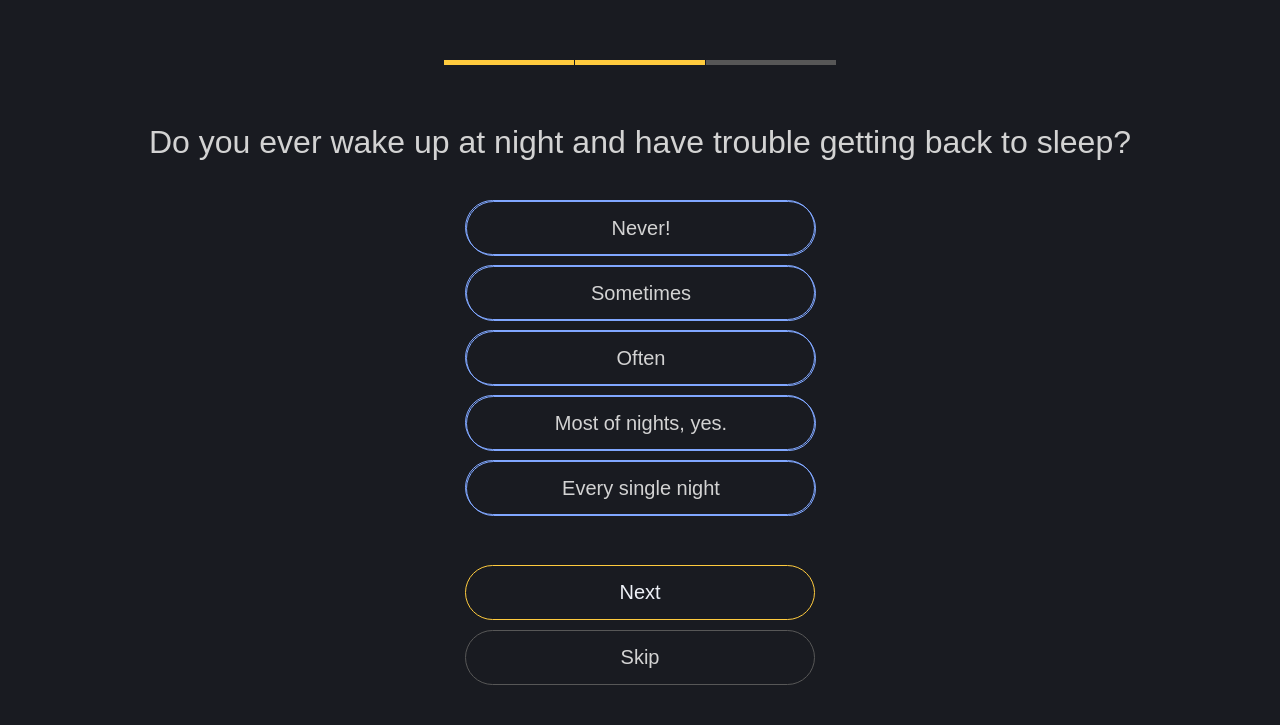
Repository: Crite-Spranberries/sleepixie_app
Page: /onboarding
An editor plug-in stored every save of this project. The page is shown before and after the next save, followed by the edit.
The browser window is 1280 px wide. The pictures show the whole page.
Some web fonts or font styles are not loaded; a fallback is used. The project was rebuilt for these pictures with package versions that can differ from the ones it lists, and the page was loaded fresh each time. The framework's server and built-in components were replaced by stand-ins that run in the browser. Also part of the build but not shown: next.config.mjs.

Above is the page before, as saved 2025-05-12 14:13:05.

After the next save:
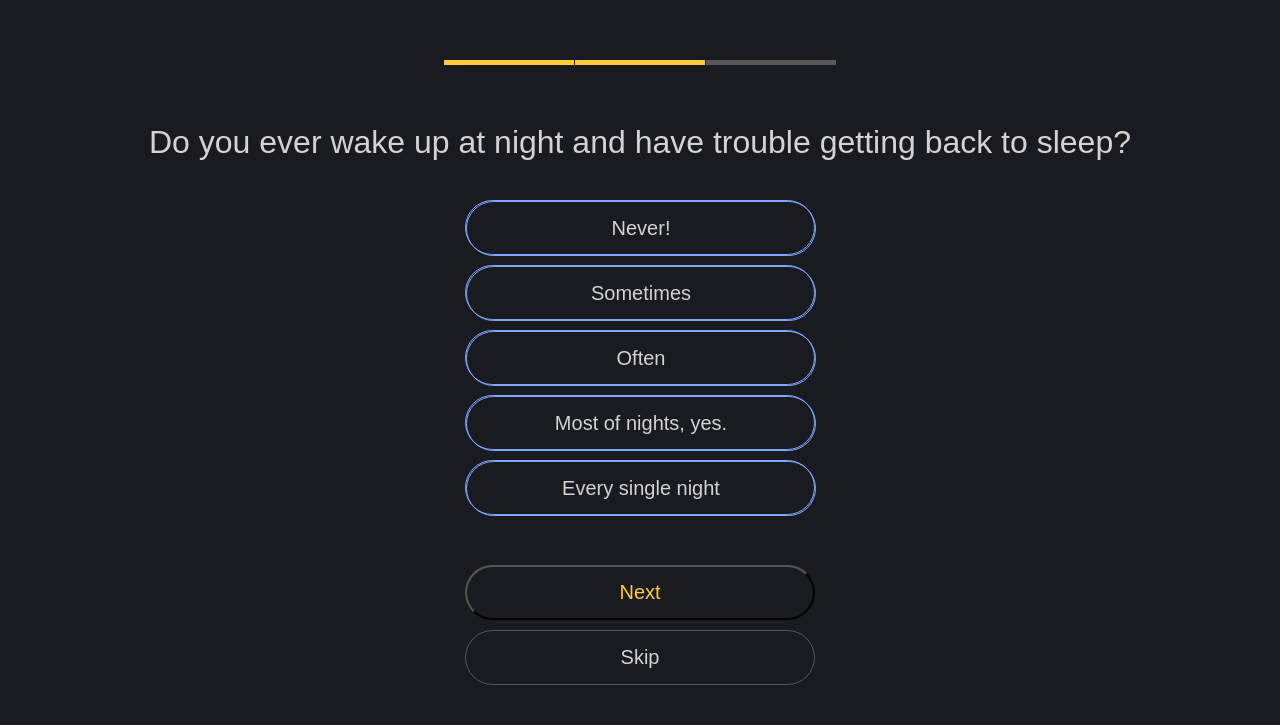
Saved 29 min 47 s later.
--- a/ui/buttons/YellowButton.module.css
+++ b/ui/buttons/YellowButton.module.css
@@ -4,14 +4,13 @@
     flex-shrink: 0;
     border-radius: 30px;
     background-color: transparent;
-    color: var(--Day---Primary-2, #eef1f7);
+    color: var(--Day---Primary-2, #ffcb3e);
     text-align: center;
     font-family: "Teachers", sans-serif;
     font-size: 20px;
     font-style: normal;
     font-weight: 400;
     line-height: normal;
-    border: 1px solid #ffcb3e;
     transition: background-color 0.5s linear;
 }
 
